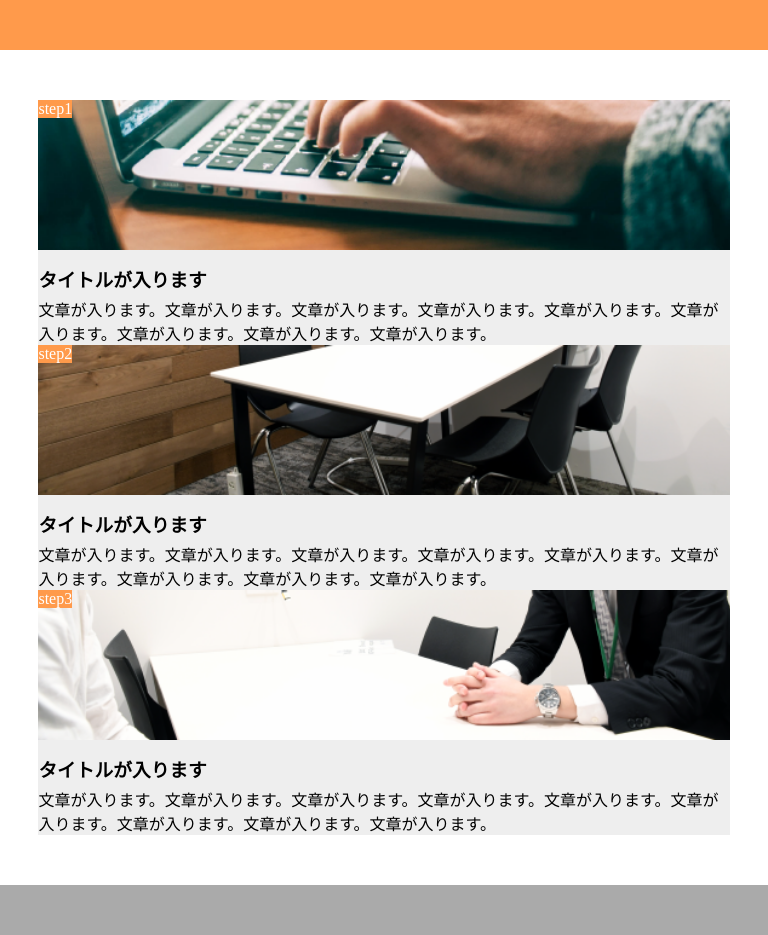
Repository: tttstk518/git-practice
Page: HTML/index.html
The author's editor kept a record of every edit. The page is drawn from the files as they stood at one moment, then again after the next edit.
The browser window is 768 px wide. The pictures show the whole page.

Above is the page before.

After the next edit:
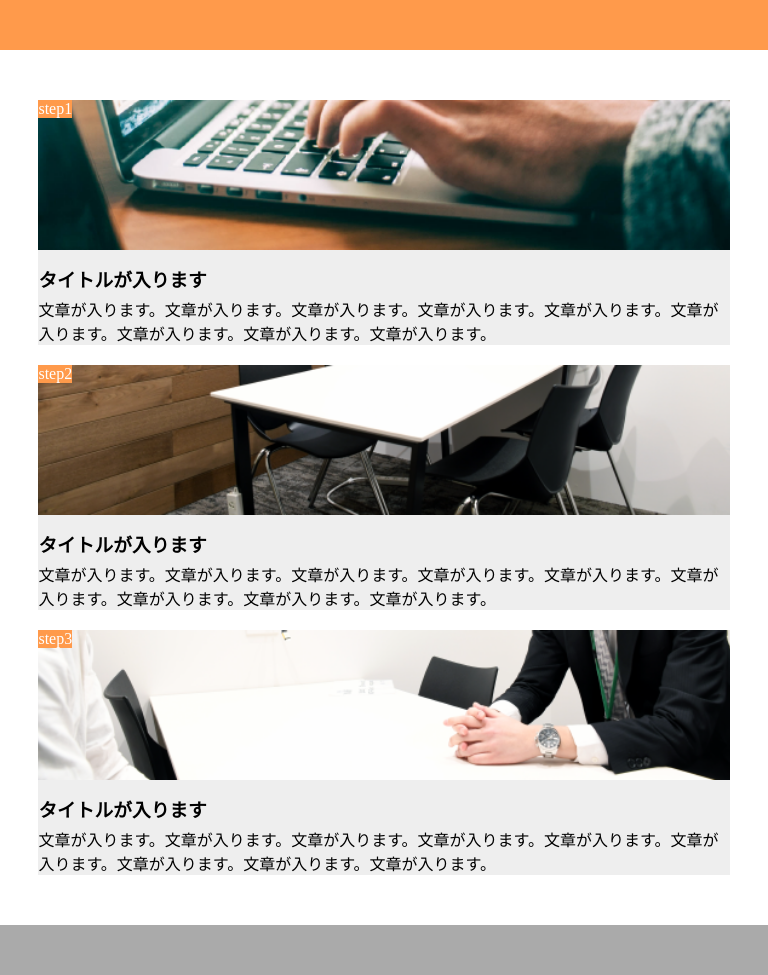
The edit:
--- a/HTML/style.css
+++ b/HTML/style.css
@@ -68,6 +68,10 @@
 @media screen and (max-width: 768px) {
 
 
+  .step-box {
+    margin-bottom: 20px;
+
+  }
   main {
     width: 90%;
     display: block;
